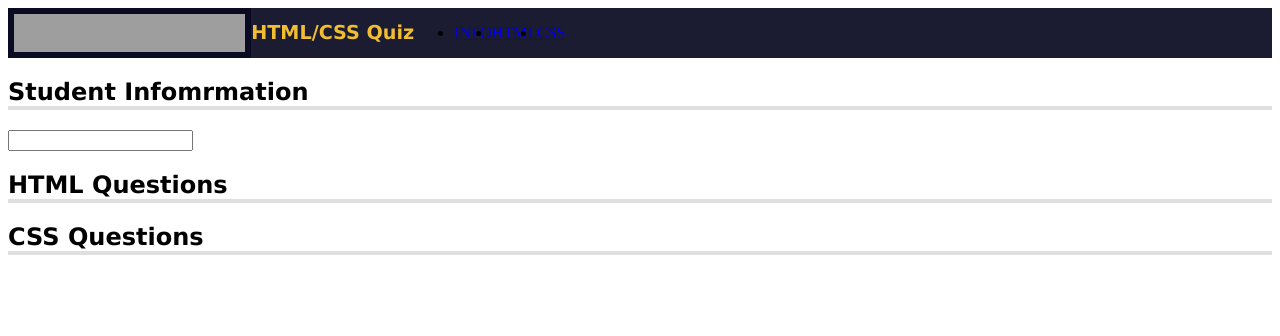
Repository: Lungdjos/accessibility_build_quiz
Page: index.html
These files come from the project's save history. The page is drawn as it stood at one moment and after the next save; the edit follows.
The browser window is 1280 px wide. The pictures show the whole page.
Pictures or frames that could not be fetched are drawn as grey boxes.

Above is the page before, as saved 2023-10-28 04:40:06.

### index.html
<!DOCTYPE html>
<html lang="en">

<head>
    <meta charset="UTF-8">
    <meta name="viewport" content="width=device-width, initial-scale=1.0">
    <meta name="description" content="Accessibility">
    <title>HTML/CSS Test Quiz</title>
    <link rel="stylesheet" href="styles.css">
</head>

<body>
    <header>
        <img src="https://cdn.freecodecamp.org/platform/universal/fcc_primary.svg" alt="" id="logo">
        <h1>HTML/CSS Quiz</h1>
        <nav>
            <ul>
                <li>
                    <a href="#student-info">info</a></li>
                <li>
                    <a href="#html-questions">html</a></li>
                <li>
                    <a href="#css-questions">css</a></li>
            </ul>
        </nav>
    </header>
    <main>
        <form action="https://freecodecamp.org/practice-project/accessibility-quiz" method="post">
            <section role="region" aria-labelledby="student-info">
                <h2 id="student-info">Student Infomrmation</h2>
                <div class="info">
                    <label for="">
                        <input type="text" name="" id="">
                    </label>
                </div>
            </section>
            <section role="region" aria-labelledby="html-questions">
                <h2 id="html-questions">HTML Questions</h2>
            </section>
            <section role="region" aria-labelledby="css-questions">
                <h2 id="css-questions">CSS Questions</h2>
            </section>
        </form>
    </main>
</body>

</html>

### styles.css
#logo {
    width: max(100px, 18vw);
    background-color: #0a0a23;
    aspect-ratio: 35/4;
    padding: .4rem;
}

header {
    display: flex;
    background-color: #1b1b32;
    height: 50px;
    width: 100%;
}

h1 {
    color: #f1be32;
    font-size: min(5vw, 1.2em);
}

nav>ul {
    text-transform: uppercase;
    justify-content: space-evenly;
    display: flex;
}

h1,
h2 {
    font-family: Verdana, sans-serif;
}

h2 {
    border-bottom: 4px solid #dfdfe2;
}

After the next save:
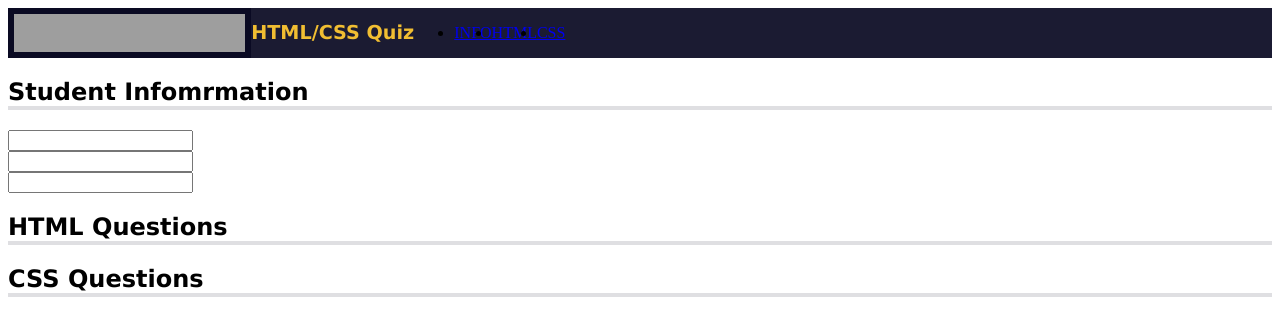
Saved 19 s later.
--- a/index.html
+++ b/index.html
@@ -33,6 +33,16 @@
                         <input type="text" name="" id="">
                     </label>
                 </div>
+                <div class="info">
+                    <label for="">
+                        <input type="text" name="" id="">
+                    </label>
+                </div>
+                <div class="info">
+                    <label for="">
+                        <input type="text" name="" id="">
+                    </label>
+                </div>
             </section>
             <section role="region" aria-labelledby="html-questions">
                 <h2 id="html-questions">HTML Questions</h2>
